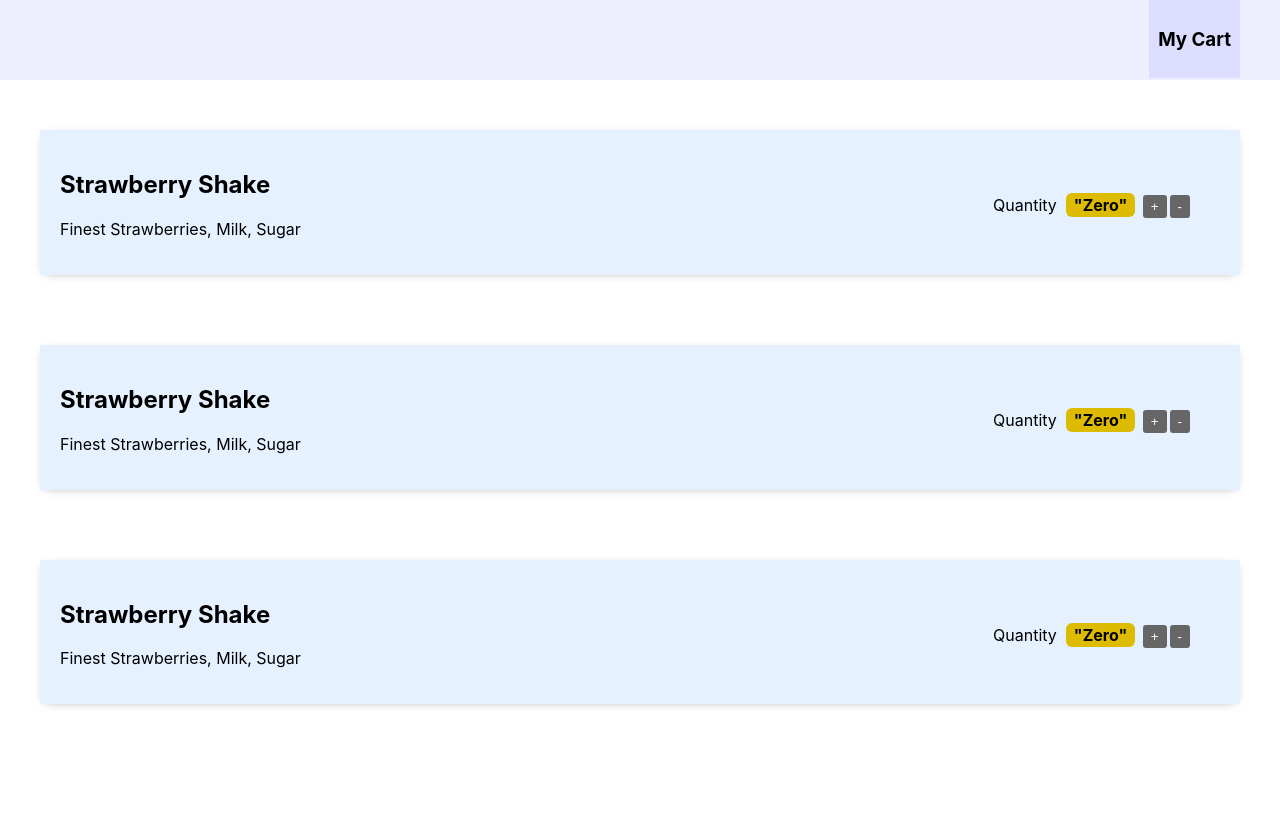
Repository: suhail-yazdan/shopping-cart-react
Page: /, after clicking the first element matching `h3`
These files come from the project's save history. The page is drawn as it stood at one moment and after a run of saves; the edit follows.
The browser window is 1280 px wide. The pictures show the whole page.
The project was rebuilt for these pictures with package versions that can differ from the ones it lists, and the page was loaded fresh each time.

Above is the page before, as saved 2023-10-05 14:58:06.

### src/App.js
import { useState } from 'react';
import './App.css';
import Card from "./Card.jsx";
import Cart from "./Cart.jsx";

function App() {
  const [products, setProducts] = useState([
    {
      pid: 1,
      name: "Strawberry Shake",
      desc: "Finest Strawberries, Milk, Sugar",
      price: 149,
      quantity: 0
    },
    {
      pid: 2,
      name: "Chocolate Fantasy",
      desc: "Brownie with chocolate sauce topped with Vanilla Ice cream",
      price: 249,
      quantity: 0
    },
    {
      pid: 3,
      name: "Mediterranean Delight",
      desc: "Nuts and Dates from the soils of Algeria",
      price: 329,
      quantity: 0
    }
  ])

  return (
    <div>
      <header>
        <div className="grid1200">
          <Cart/>
        </div>
      </header>

      <main>
        <div className="grid1200">
          {products.map((product) => (
            <Card
              key = {product.pid}
              productDetail = {product}
            />
          ))}
        </div>
      </main>
    </div>
  );
}

export default App;

### src/App.css
main {
  padding: 50px 0px;
}

div.grid1200 {
  width: 1200px;
  margin: 0px auto;
}

header {
  height: 80px;
  background-color: #eef;
}

### src/Card.jsx
import React from 'react'
import Counter from './Counter'
import "./cardstyle.css";

const Card = () => {
  return (
    <div className='card selected'>
      <h2> Strawberry Shake </h2>
      <p> Finest Strawberries, Milk, Sugar </p>
      <div className='overlay'>
        <Counter />
      </div>
    </div>
  )
}

export default Card

### src/Cart.jsx
import "./cartstyle.css"

const Cart = () => {
  return (
    <div className="cart">
      <h3> My Cart </h3>
      <div>
        {/* <ul>
            <li>
              0
            </li>
        </ul> */}
      </div>
    </div>
  )
}

export default Cart

### src/Counter.js
import "./counterstyle.css";

export default function Counter() {
    return (
      <div className="counter">
        Quantity &nbsp;
        <span className="badge badge-warning">
          "Zero"
        </span>
        &nbsp;
        <button className="btn btn-secondary">
          +
        </button>
        <button className="btn btn-secondary">
          -
        </button>
      </div>
    );
}

### src/cardstyle.css
.card {
  padding: 20px;
  margin-bottom: 70px;
  cursor: pointer;
  box-shadow: 0px 2px 10px -5px rgba(0, 0, 0, 0.4);
  position: relative;
}

.selected {
  background-color: rgba(220, 235, 255, 0.7);
}

.deselected {
  background-color: white;
}

.overlay {
  width: 100%;
  height: 100%;
  position: absolute;
  z-index: 20;
  top: 0px;
  left: 0px;
}

.show {
  display: block;
}

.hide {
  display: none;
}

### src/cartstyle.css
div.cart {
  padding: 9px;
  background-color: #ddf;
  float: right;
  position: relative;
  cursor: pointer;
}

div.popup {
  position: absolute;
  z-index: 200;
  width: 200px;
  height: 150px;
  padding: 15px 20px;
  background-color: #ccd;
  top: 80px;
  right: 0px;
}

.menu-on {
  display: block;
}

.menu-off {
  display: none;
}

.cart ul {
  margin: 0px;
  padding: 0px;
  list-style-type: none;
}

.cart ul li {
  line-height: 40px;
}

### src/counterstyle.css
.counter {
    float: right;
    margin-top: 65px;
    margin-right: 50px;
  }

  .badge {
    padding: 2px 8px;
    border-radius: 6px;
    background-color: #222;
    font-weight: bold;
  }

  .badge-primary {
    background-color: #36b;
    color: white;
  }

  .badge-secondary {
    background-color: #666;
    color: white;
  }

  .badge-warning {
    background-color: #db0;
    color: black;
  }

  .btn {
    padding: 4px 8px;
    border-radius: 3px;
    cursor: pointer;
    background-color: #222;
    color: white;
    border: none;
    margin-left: 3px;
  }

  .btn-secondary {
    background-color: #666;
  }

  .btn-danger {
    background-color: #d33;
  }

Loaded but not shown: public/index.html (common file); src/index.js (common file); src/index.css (common file); src/reportWebVitals.js (common file)

After the next 2 saves:
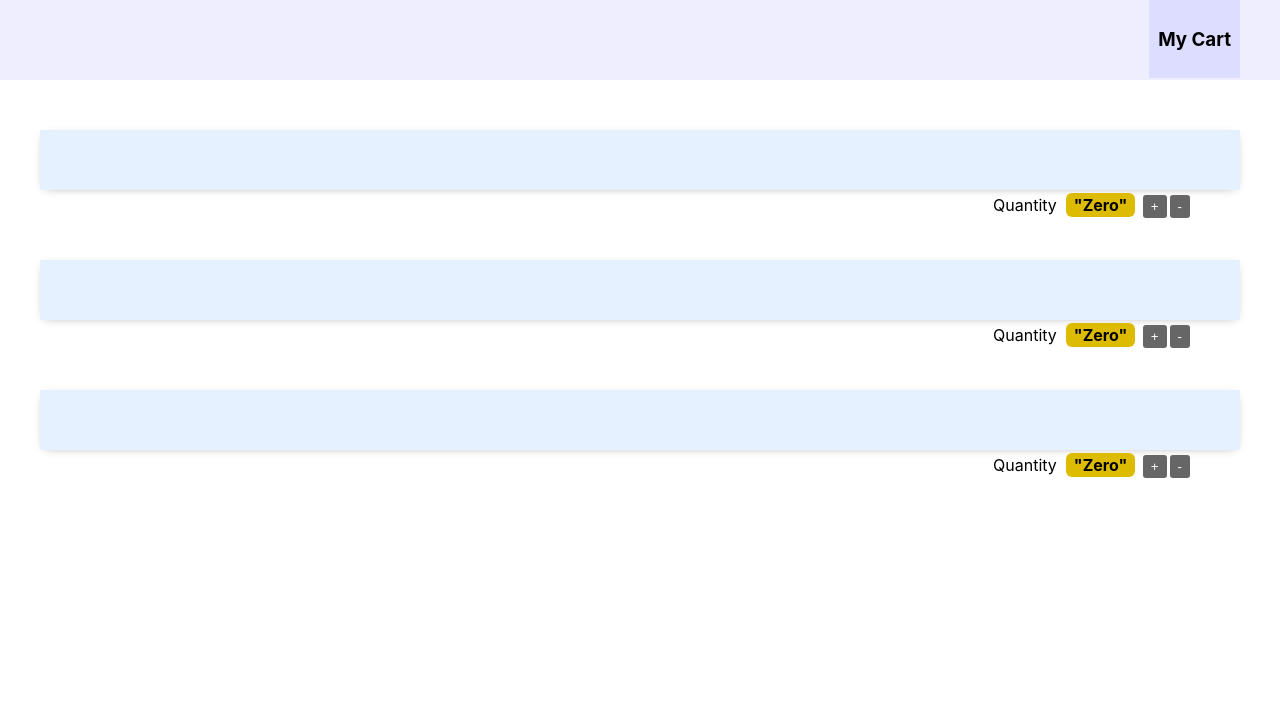
The 2 saves are shown as one change because 1 did not build or start.
The last was saved 2 min 51 s later.
--- a/src/Card.jsx
+++ b/src/Card.jsx
@@ -2,11 +2,11 @@
 import Counter from './Counter'
 import "./cardstyle.css";
 
-const Card = () => {
+const Card = ({product}) => {
   return (
     <div className='card selected'>
-      <h2> Strawberry Shake </h2>
-      <p> Finest Strawberries, Milk, Sugar </p>
+      <h2> {console.log("product: ", product)} </h2>
+      <p>  </p>
       <div className='overlay'>
         <Counter />
       </div>

After the 4 saves that followed:
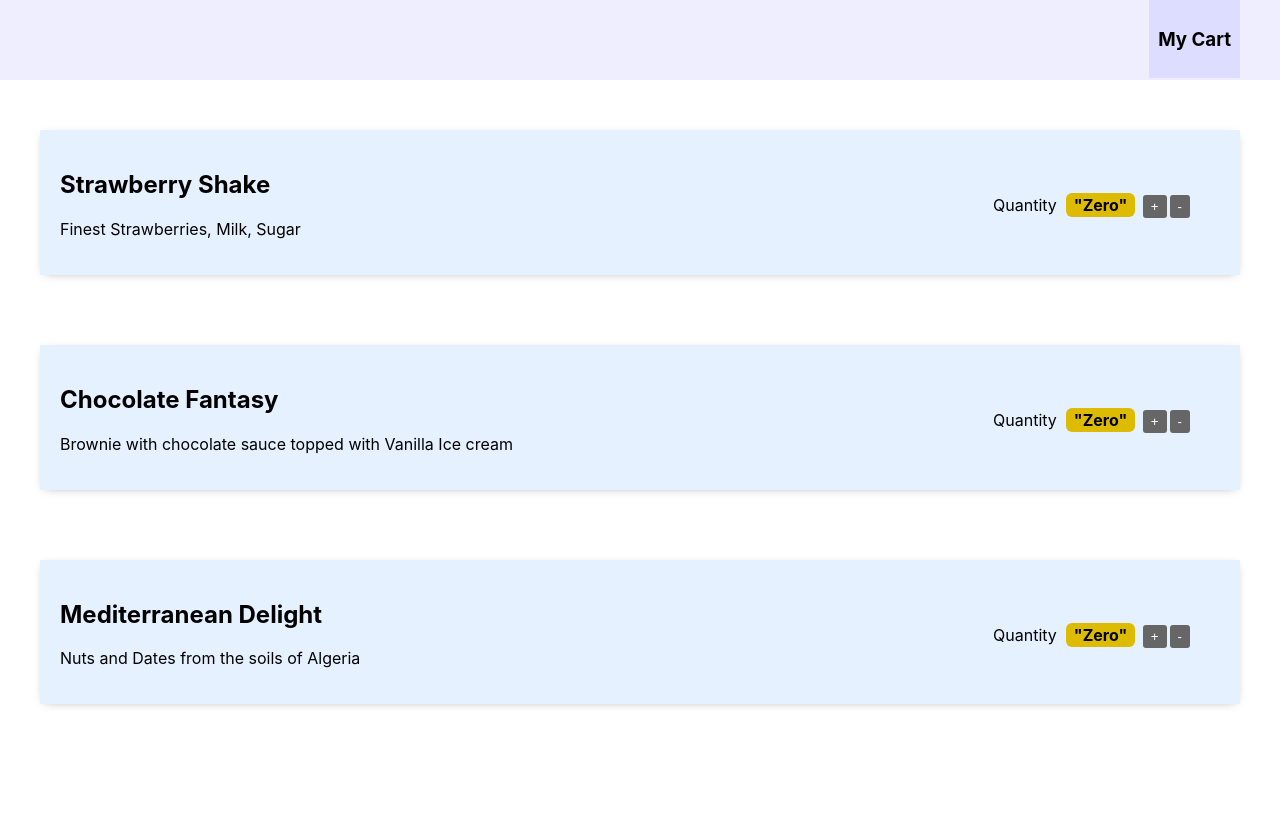
The 4 saves are shown as one change because 3 left the picture as it was.
The last was saved 3 min 47 s later.
--- a/src/Card.jsx
+++ b/src/Card.jsx
@@ -2,11 +2,11 @@
 import Counter from './Counter'
 import "./cardstyle.css";
 
-const Card = ({product}) => {
+const Card = (props) => {
   return (
     <div className='card selected'>
-      <h2> {console.log("product: ", product)} </h2>
-      <p>  </p>
+      <h2> {props.productDetail.name} </h2>
+      <p>{props.productDetail.desc}</p>
       <div className='overlay'>
         <Counter />
       </div>
